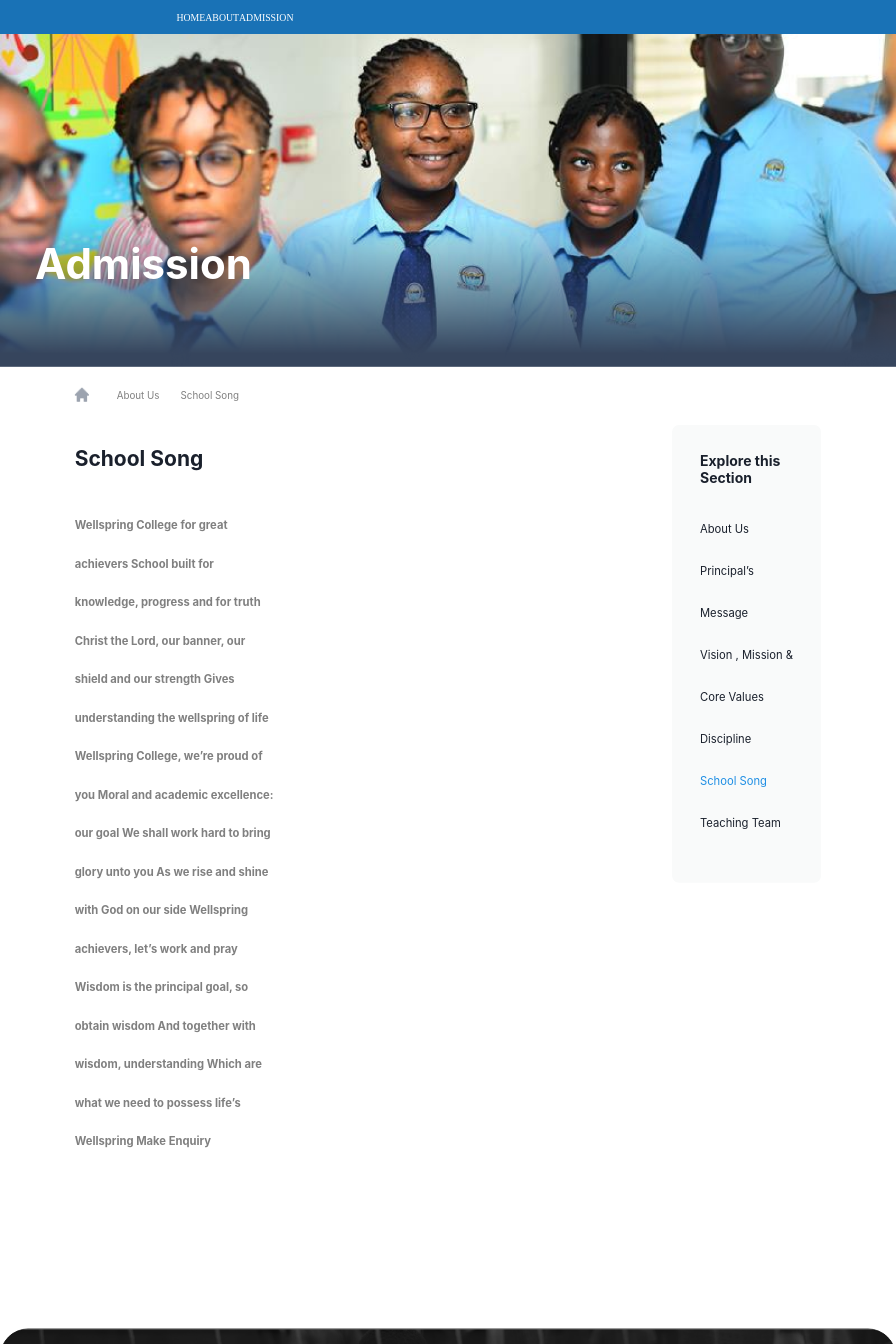
Repository: gr8skills/wellspring-school-forked
Page: /admission
An editor plug-in stored every save of this project. The page is shown before and after the next save, followed by the edit.
The browser window is 1280 px wide. The pictures show the part of the page from y = 0 to 1920 px (the page is 2784 px tall), at 70% of full size.
The project was rebuilt for these pictures with package versions that can differ from the ones it lists, and the page was loaded fresh each time. Also part of the build but not shown: src/components/Navbar/Dropdown.scss, src/components/Navbar/Dropdown.js, src/components/Testimonials/Testimonials.js, src/components/Calendar/Calendar.js, src/components/News/News.js, src/components/WhyWellspring/_why-wellspring.scss, src/components/WhyWellspring/WhyWellspring.js, src/components/AppTab/AppTab.js and 9 more.

Above is the page before, as saved 2022-12-06 16:08:47.

After the next save:
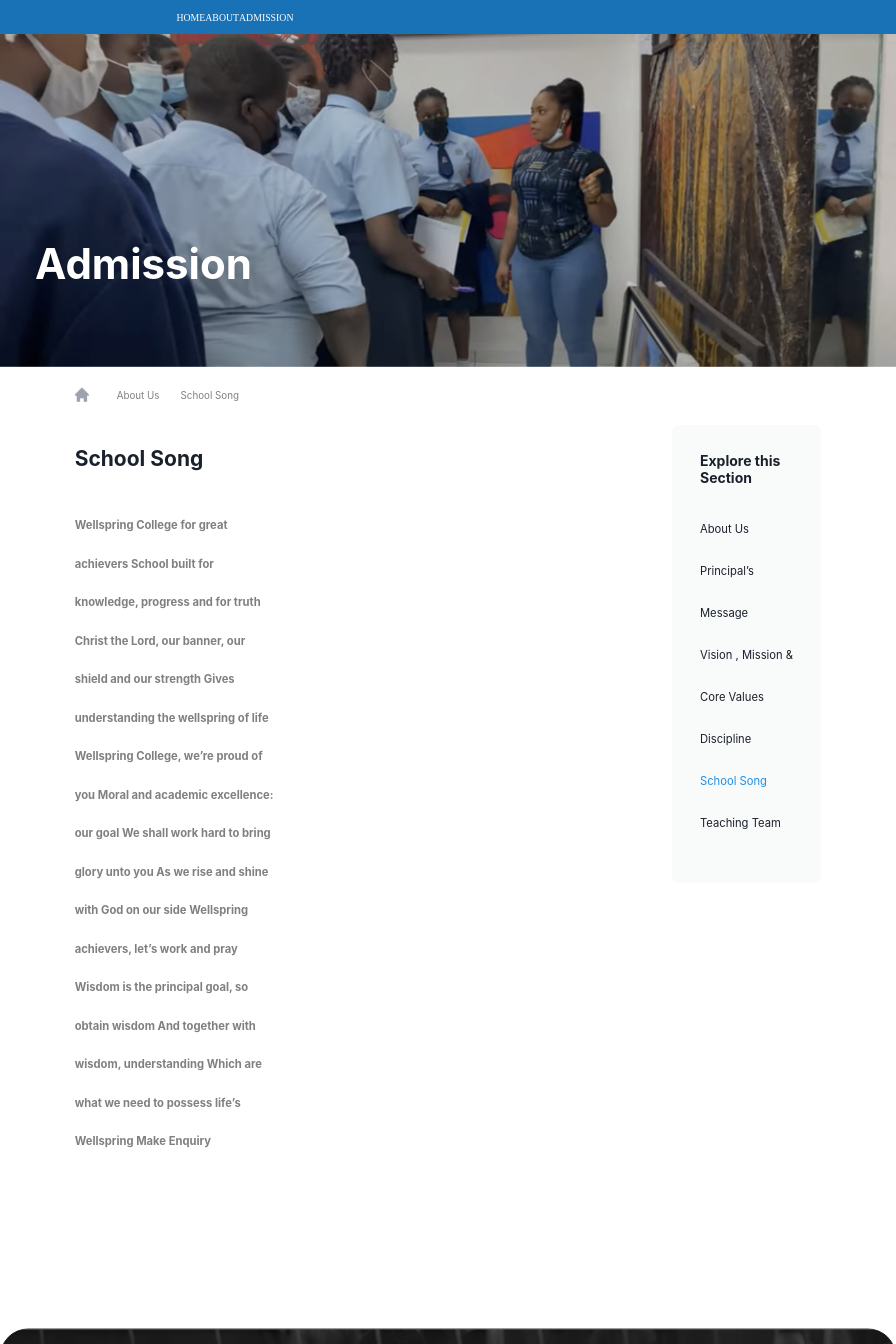
Saved 80 min 43 s later.
--- a/src/pages/Admission/Admission.js
+++ b/src/pages/Admission/Admission.js
@@ -1,4 +1,4 @@
-import Banner from "../../assets/song-banner.png";
+import Banner from "../../assets/admission.png";
 import Home from "../../assets/home.png";
 
 import Dot from "../../assets/yellow.png";
